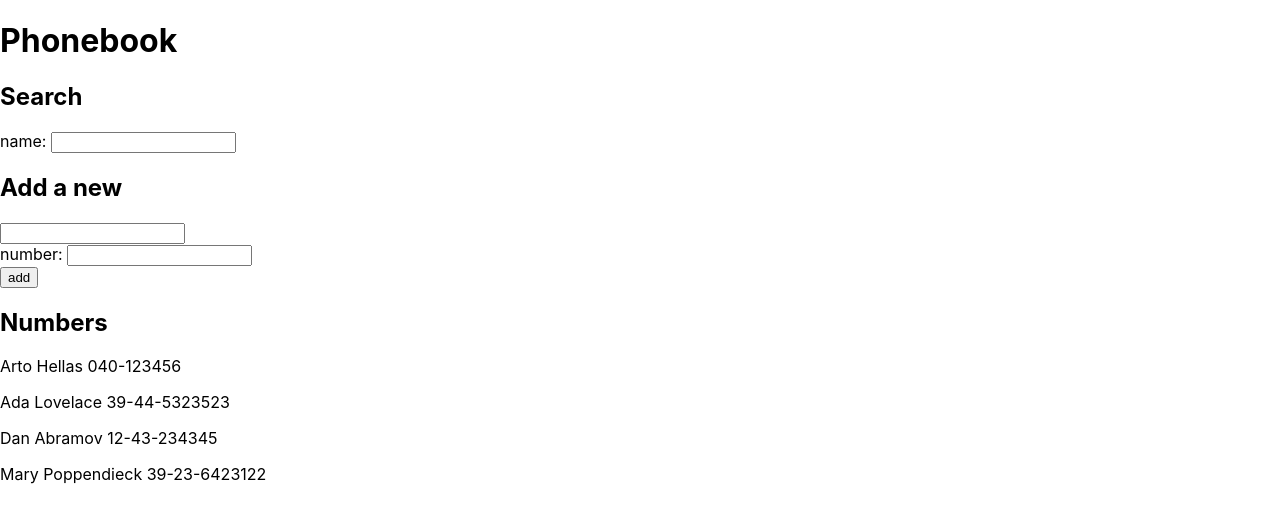
Repository: 0101chaitanya/phonebook-front
Page: /
These files come from the project's save history. The page is drawn as it stood at one moment and after the next save; the edit follows.
The browser window is 1280 px wide. The pictures show the whole page.
The project was rebuilt for these pictures with package versions that can differ from the ones it lists, and the page was loaded fresh each time. Requests to the local data server were answered from the project's data file.

Above is the page before, as saved 2021-09-20 12:03:34.

### src/App.jsx
import React, { useState, useEffect } from "react";
import axios from "axios";
import Search from "./components/Search";
import Form from "./components/Form";
import Numbers from "./components/Numbers";
const App = () => {
  const [persons, setPersons] = useState([]);
  const [state, setState] = useState({
    name: "",
    number: "",
  });
  const [search, setSearch] = useState("");

  useEffect(() => {
    axios.get("http://localhost:3001/persons").then((res) => {
      const data = res.data;
      console.log(data);
      setPersons(data);
    });
  }, []);

  const handleChange = (e) => {
    const { name, value } = e.target;
    setState({
      ...state,
      [name]: value,
    });
  };
  const handleSubmit = (e) => {
    e.preventDefault();
    let exists = persons.some((person) => person.name === state.name);

    if (exists) {
      alert(`${state.name} is already added to phonebook`);
      return;
    }
    console.log(exists);

    let newObject = {
      ...state,
    };

    axios.post("http://localhost:3001/persons", newObject).then((res) => {
      console.log(res.data);
      setPersons(persons.concat(state));
      setState({
        name: "",
        number: "",
      });
      console.log(state);
    });
  };
  const handleSearch = (e) => {
    setSearch(e.target.value);
  };
  return (
    <div>
      <h1>Phonebook</h1>
      <h2>Search</h2>
      <Search search={search} handleSearch={handleSearch} persons={persons} />
      <h2>Add a new</h2>
      <Form
        handleSubmit={handleSubmit}
        handleChange={handleChange}
        state={state}
      />
      <h2>Numbers</h2>
      <Numbers persons={persons} />
    </div>
  );
};

export default App;

/* { name: "Arto Hellas", number: "040-123456", id: 1 },
    { name: "Ada Lovelace", number: "39-44-5323523", id: 2 },
    { name: "Dan Abramov", number: "12-43-234345", id: 3 },
    { name: "Mary Poppendieck", number: "39-23-6423122", id: 4 },
  */

### src/components/Search.jsx
const Search = ({ search, handleSearch, persons }) => {
  return (
    <div>
      name: <input value={search} onChange={handleSearch} name="name" />
      <p>
        {persons.some(
          (person) => person.name.toLowerCase() === search.toLowerCase()
        )
          ? (() => {
              let person = persons.find(
                (person) => person.name.toLowerCase() === search.toLowerCase()
              );
              return (
                <span>
                  {person.name} {person.number}
                </span>
              );
            })()
          : false}
      </p>
    </div>
  );
};

export default Search;

### src/components/Form.jsx
const Form = ({ handleSubmit, handleChange, state }) => {
  return (
    <form onSubmit={handleSubmit}>
      <div>
        <input
          required
          value={state.name}
          onChange={handleChange}
          name="name"
        />
      </div>
      <div>
        number:{" "}
        <input
          required
          value={state.number}
          onChange={handleChange}
          name="number"
        />
      </div>
      <div>
        <button type="submit">add</button>
      </div>
    </form>
  );
};
export default Form;

### src/components/Numbers.jsx
const Numbers = ({ persons }) => {
  return (
    <div>
      {persons.map((person) => {
        return (
          <p key={person.name}>
            {person.name} {person.number}
          </p>
        );
      })}
    </div>
  );
};

export default Numbers;

### db.json
{
    "persons": [{
            "name": "Arto Hellas",
            "number": "040-123456",
            "id": 1
        },
        {
            "name": "Ada Lovelace",
            "number": "39-44-5323523",
            "id": 2
        },
        {
            "name": "Dan Abramov",
            "number": "12-43-234345",
            "id": 3
        },
        {
            "name": "Mary Poppendieck",
            "number": "39-23-6423122",
            "id": 4
        }
    ]
}

Loaded but not shown: public/index.html (common file); src/index.jsx (common file); src/index.css (common file)

After the next save:
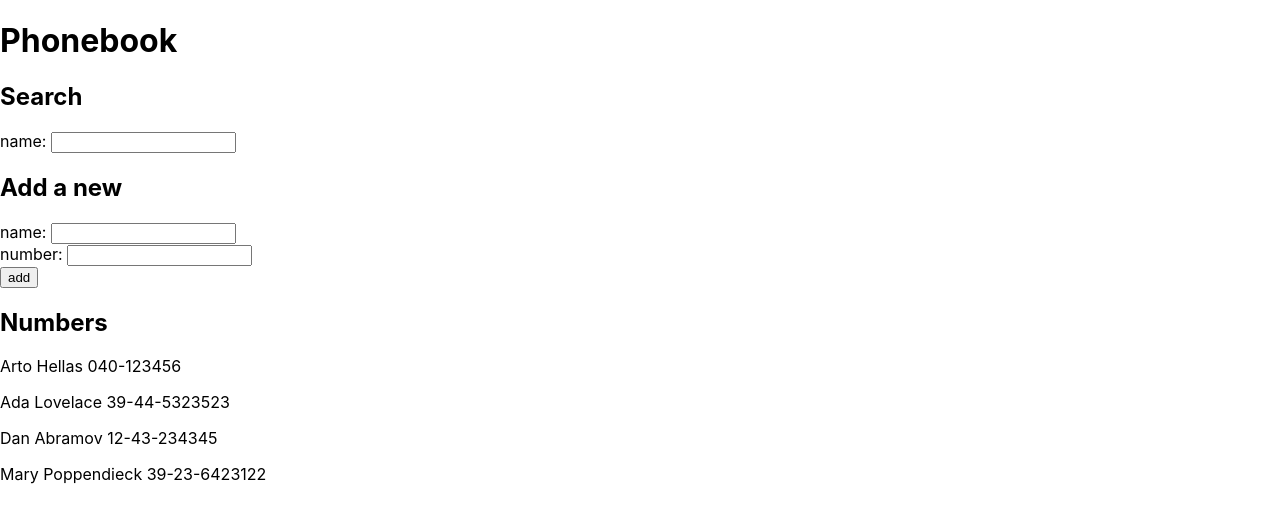
Saved 27 s later.
--- a/src/components/Form.jsx
+++ b/src/components/Form.jsx
@@ -2,6 +2,7 @@ const Form = ({ handleSubmit, handleChange, state }) => {
   return (
     <form onSubmit={handleSubmit}>
       <div>
+        name:{" "}
         <input
           required
           value={state.name}
